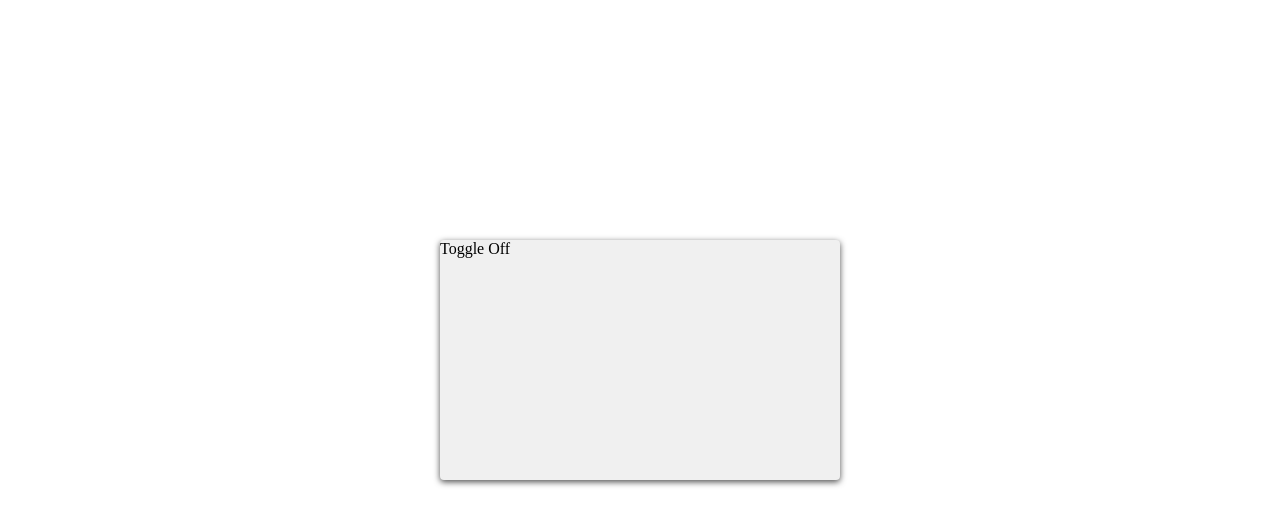
Repository: haokiet2501/troll-my-react
Page: /, after clicking the first element matching `div.toggle-center`
An editor plug-in stored every save of this project. The page is shown before and after a run of saves, followed by the edit.
The browser window is 1280 px wide. The pictures show the whole page.
The project was rebuilt for these pictures with package versions that can differ from the ones it lists, and the page was loaded fresh each time.

Above is the page before, as saved 2022-07-30 22:16:23.

After the next 2 saves:
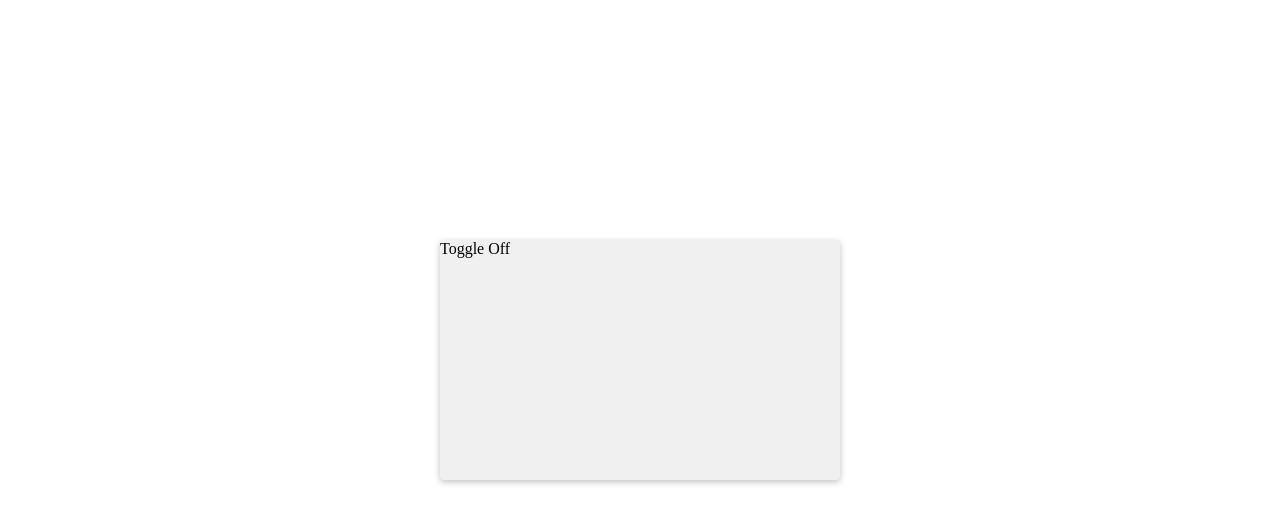
The 2 saves are shown as one change because they came seconds apart.
The last was saved 10 s later.
--- a/src/index.css
+++ b/src/index.css
@@ -6,6 +6,6 @@
   width: 25rem;
   height: 15rem;
   border-radius: 0.25rem;
-  box-shadow: 0 2px 6px rgba(0, 0, 0, 0.7);
+  box-shadow: 0 2px 6px rgba(0, 0, 0, 0.25);
   background-color: #f0f0f0;
 }
